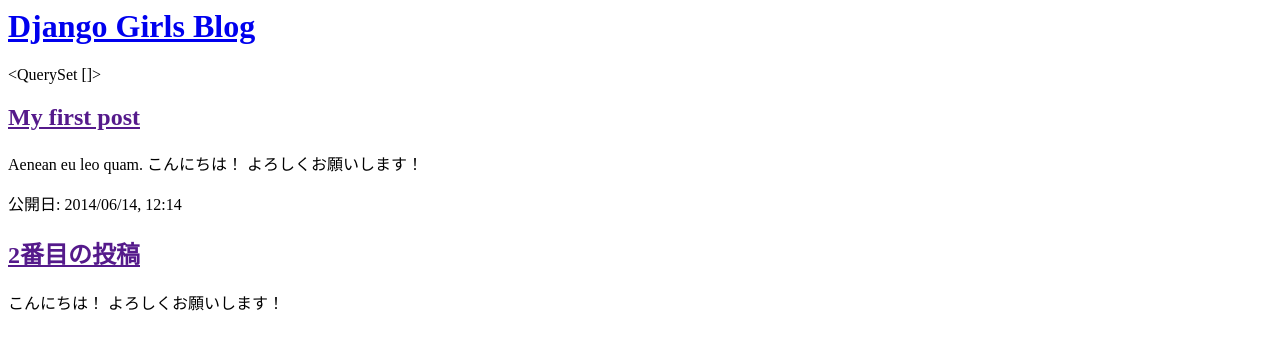
Repository: hira837/my-django-girls-app
Page: http://localhost/
These files come from the project's save history. The page is drawn as it stood at one moment and after the next save; the edit follows.
The browser window is 1280 px wide. The pictures show the whole page.
The page is served by the project's application, run on Django 2.2 (manage.py). Queries for data that is not in the repository find no rows.

Above is the page before, as saved 2019-11-30 16:49:18.

After the next save:
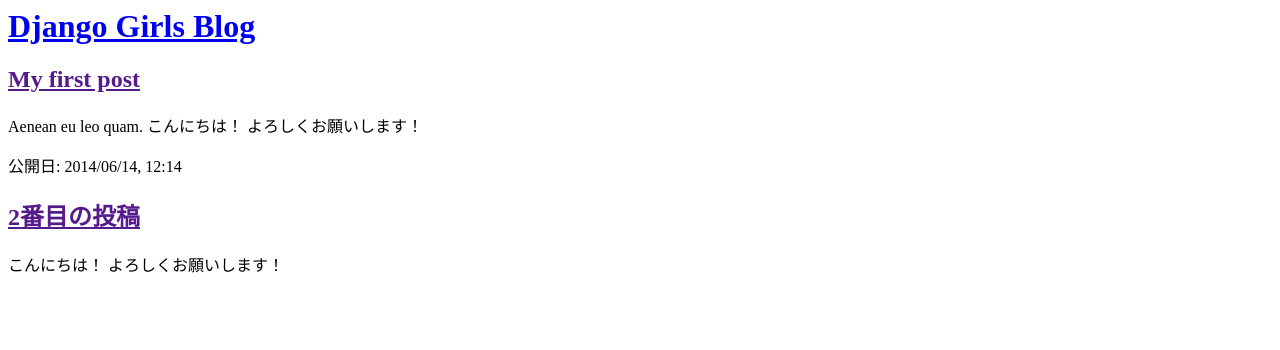
Saved 69 s later.
--- a/blog/templates/blog/post_list.html
+++ b/blog/templates/blog/post_list.html
@@ -9,7 +9,9 @@
     </div>
 
     <div>
-      <p>{{ posts }}</p>
+      <p>
+        {% for post in posts %} {{ post }} {% endfor %}
+      </p>
       <h2><a href="">My first post</a></h2>
       <p>Aenean eu leo quam. こんにちは！ よろしくお願いします！</p>
     </div>
